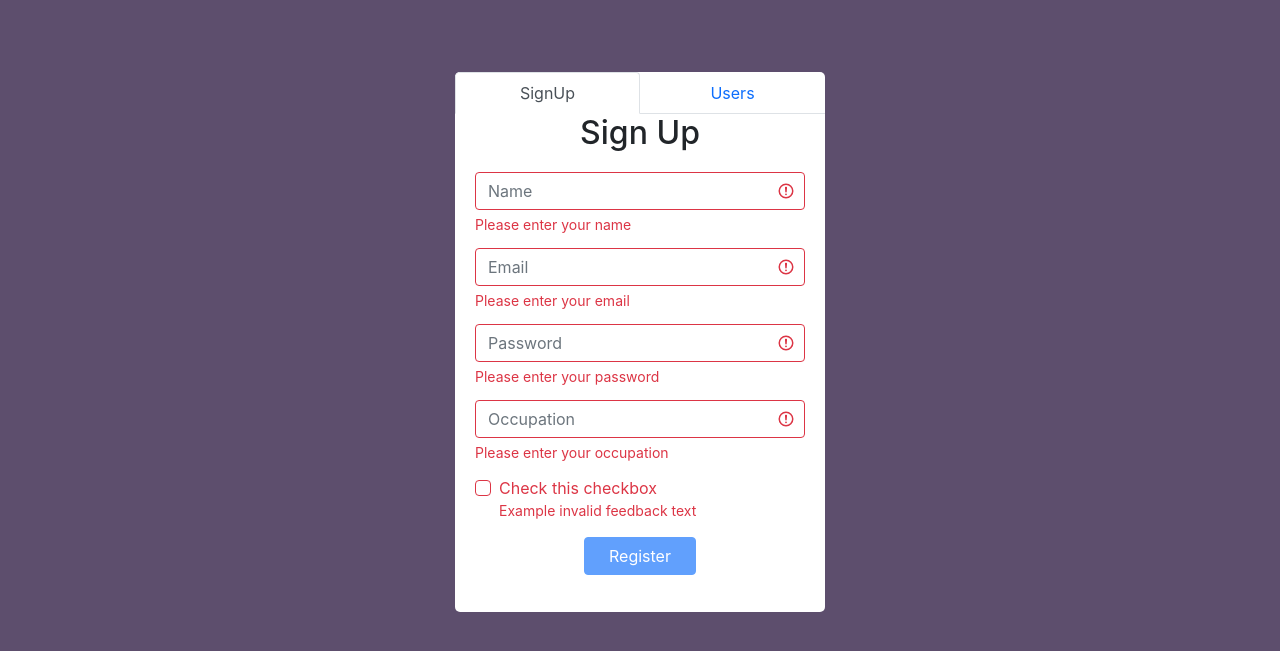
Repository: asadalibest1/SignUp-from
Page: /
The author's editor kept a copy of each file at every save. The page is drawn from the files as they stood at one save, then again after the next save.
The browser window is 1280 px wide. The pictures show the whole page.
The project was rebuilt for these pictures with package versions that can differ from the ones it lists, and the page was loaded fresh each time.

Above is the page before, as saved 2021-02-09 16:41:42.

After the next save:
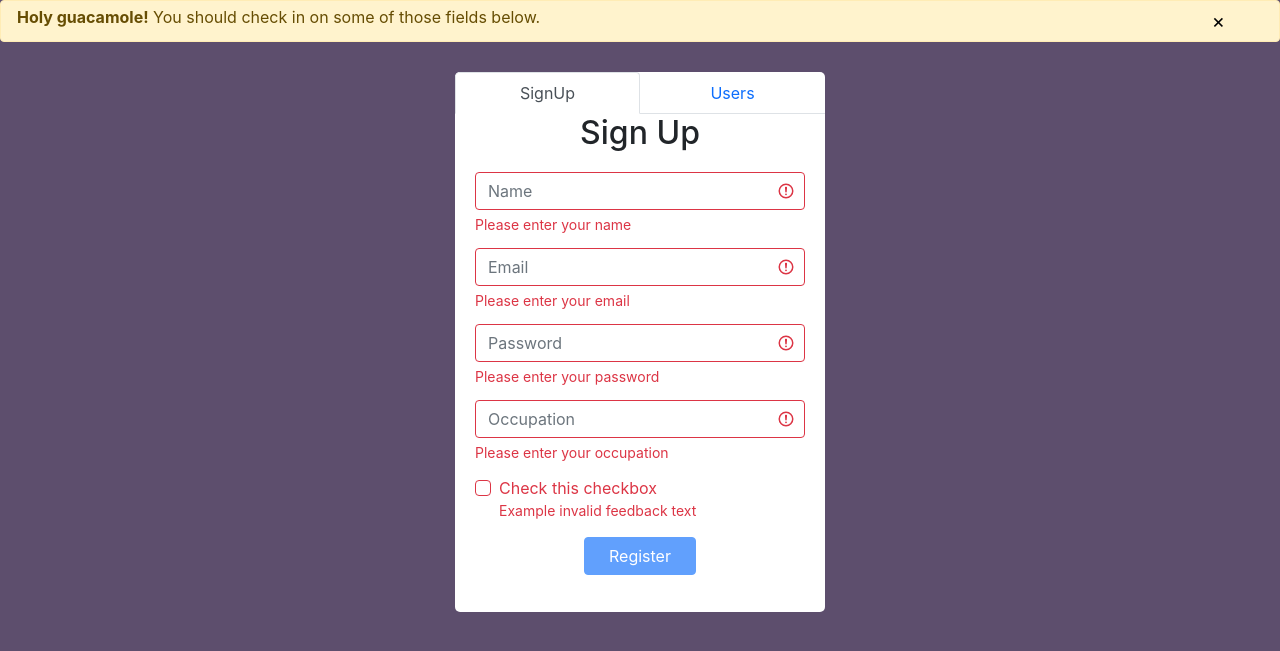
Saved 11 s later.
--- a/src/components/SignUp/SignUp.css
+++ b/src/components/SignUp/SignUp.css
@@ -17,7 +17,7 @@
 
 .SignUp .alertea {
     position: absolute;
-    top: -70px;
+    top: 0px;
     left: 0;
     width: 100%;
 }
